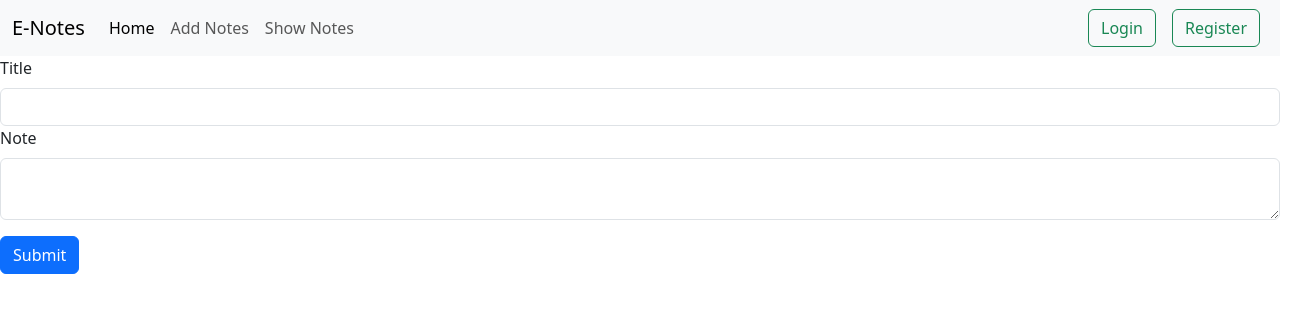
Repository: SandeepSharma2002/JavaProjects
Page: http://localhost/ENotes/addNotes.jsp
An editor plug-in stored every save of this project. The page is shown before and after the next save, followed by the edit.
The browser window is 1280 px wide. The page is 1292 px wide, so the pictures cover 1292 px, including what lies to the right of the window. The pictures show the whole page.
The page is served by Tomcat 9.

Above is the page before, as saved 2023-10-24 18:47:29.

After the next save:
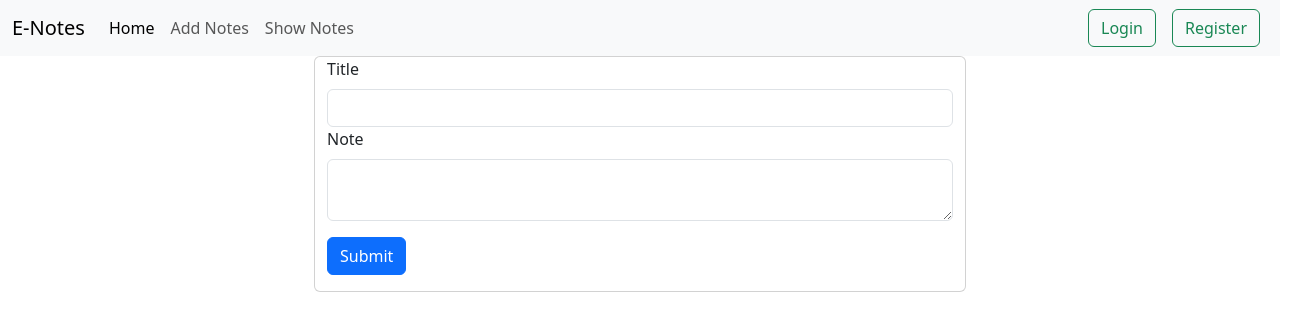
Saved 42 s later.
--- a/ENotes/src/main/webapp/addNotes.jsp
+++ b/ENotes/src/main/webapp/addNotes.jsp
@@ -10,7 +10,7 @@
 <body>
 	<%@include file="Components/Navbar.jsp"%>
 	<div class="row">
-		<div class="col-md-12">
+		<div class="card container-fluid col-md-6">
 
 			<form>
 				<div class="mb-3">
